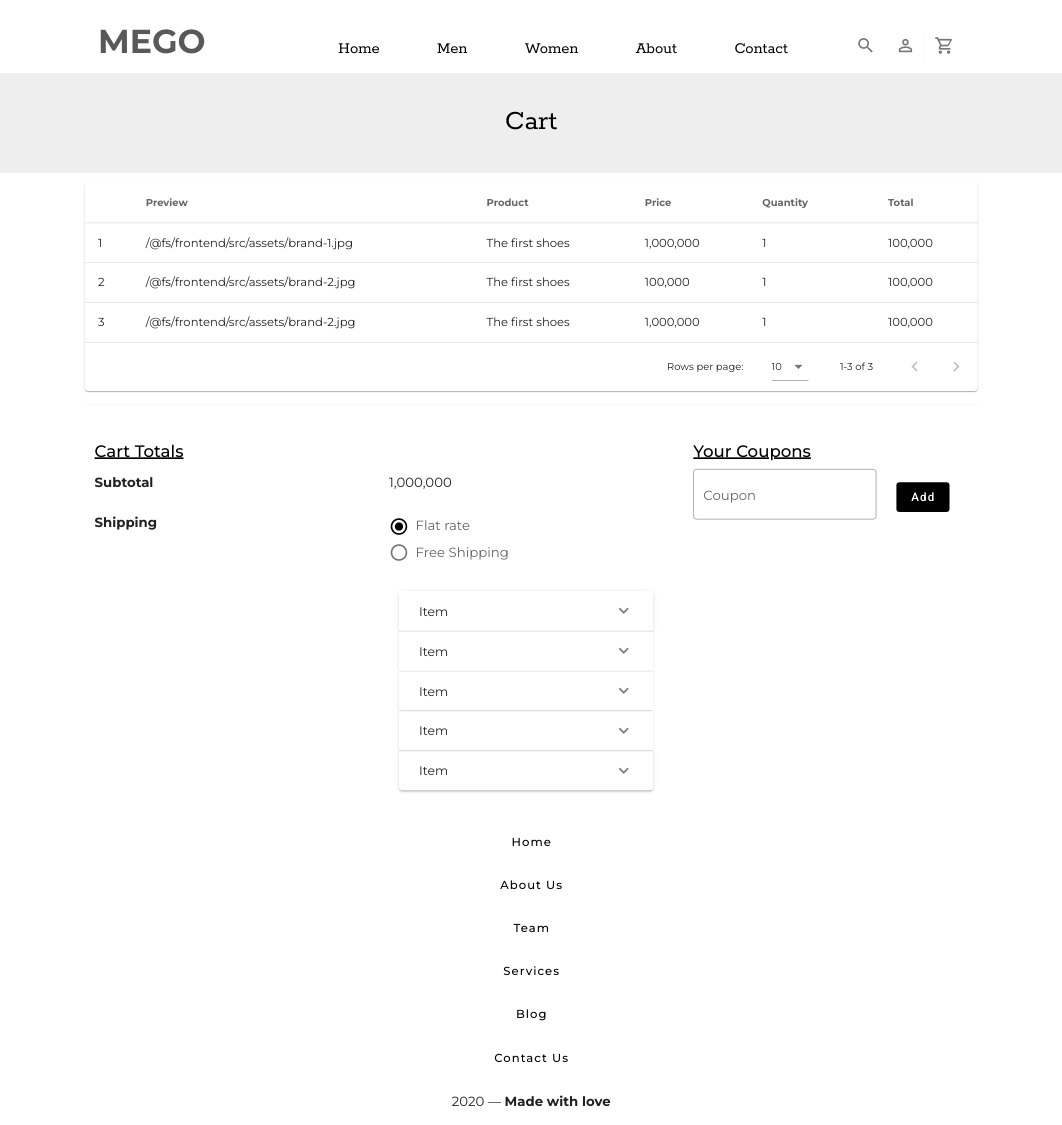
Repository: nguyenphuong152/shoesstore
Page: /cart (app in frontend/)
The author's editor kept a copy of each file at every save. The page is drawn from the files as they stood at one save, then again after the next save.
The browser window is 1280 px wide. The pictures show the whole page, at 83% of full size.
The project was rebuilt for these pictures with package versions that can differ from the ones it lists, and the page was loaded fresh each time. Also part of the build but not shown: frontend/vue.config.js, frontend/src/components/Customer/Collection.vue, frontend/src/components/Customer/Banner.vue, frontend/src/components/Customer/BestSeller.vue, frontend/src/components/Customer/Partner.vue, frontend/src/views/Customer/Home.vue, frontend/src/components/Customer/ProductCategory.vue, frontend/src/components/Customer/ProductView.vue and 10 more. Imported but missing from the stored project, and not drawn on this page: frontend/src/views/Admin/Category.vue, frontend/src/views/Admin/ManageProduct.vue, frontend/src/views/Admin/ManageUser.vue, frontend/src/views/Admin/OrderList.vue.

Above is the page before, as saved 2020-11-28 20:43:19.

After the next save:
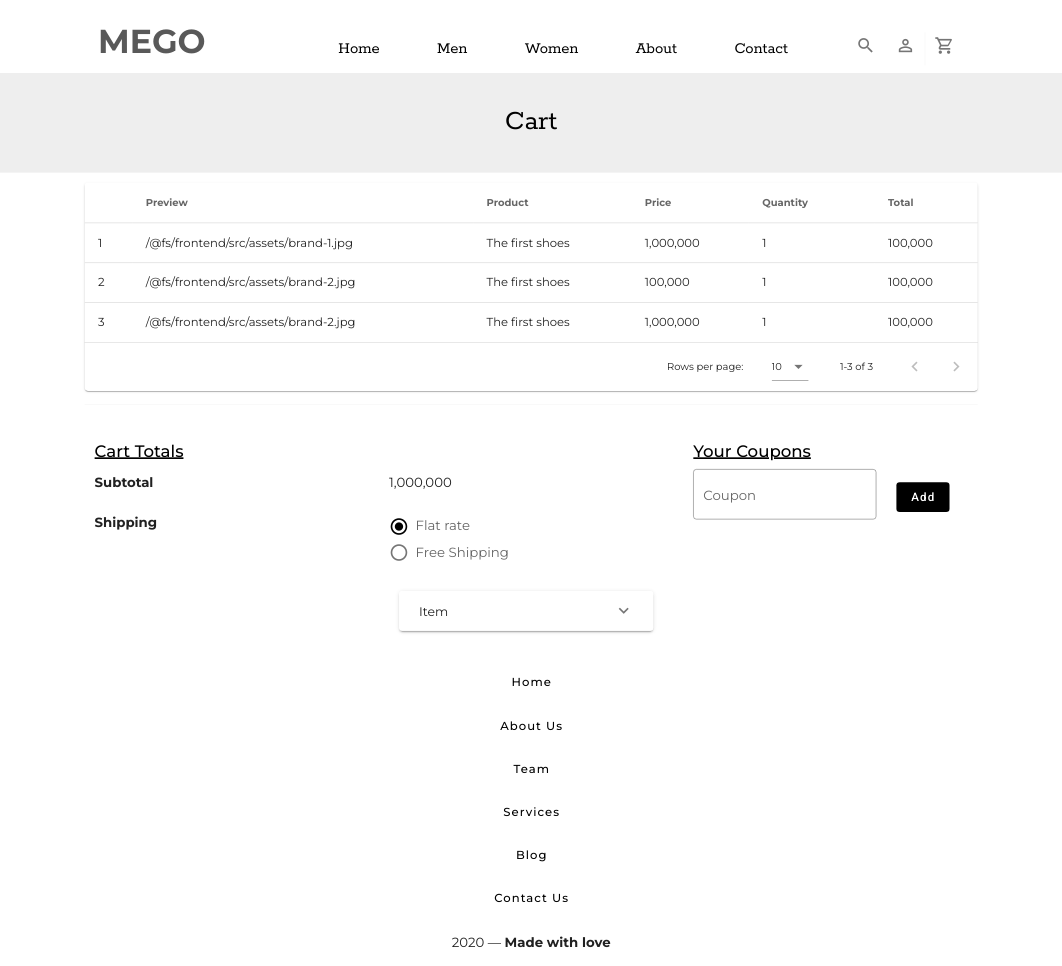
Saved 19 s later.
--- a/frontend/src/components/Customer/CartTotal.vue
+++ b/frontend/src/components/Customer/CartTotal.vue
@@ -28,7 +28,7 @@
         </v-radio-group>
         <v-container>
           <v-expansion-panels>
-            <v-expansion-panel v-for="(item, i) in 5" :key="i">
+            <v-expansion-panel>
               <v-expansion-panel-header>
                 Item
               </v-expansion-panel-header>
